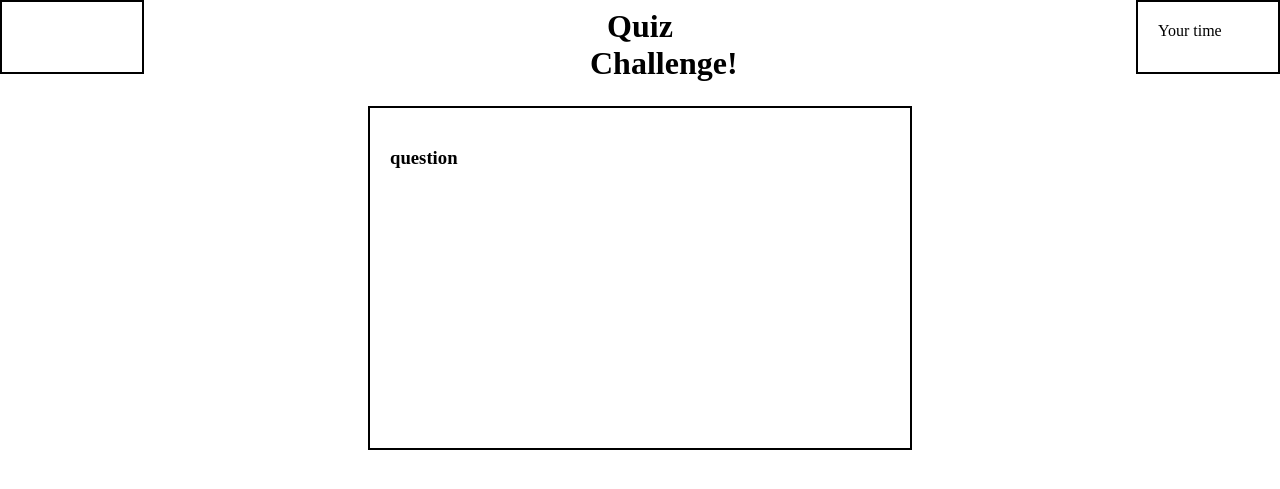
Repository: s88leigh/Quiz-Challenge
Page: index.html
The author's editor kept a copy of each file at every save. The page is drawn from the files as they stood at one save, then again after the next save.
The browser window is 1280 px wide. The pictures show the whole page.

Above is the page before, as saved 2019-10-19 20:14:00.

After the next save:
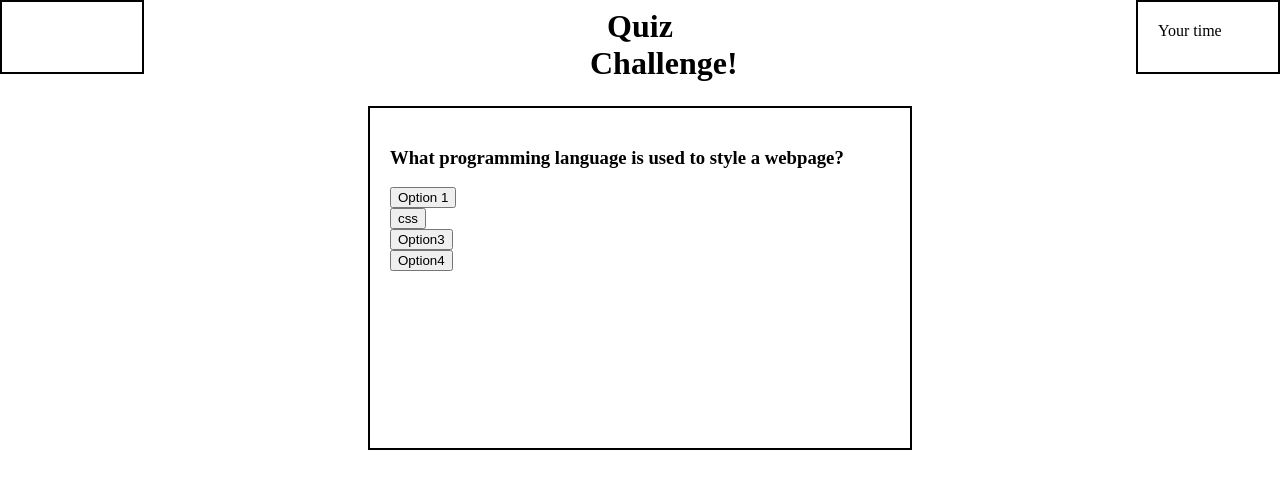
Saved 2 min 13 s later.
--- a/script.js
+++ b/script.js
@@ -95,4 +95,4 @@
     }
 
 }
-// questionText()
+questionText()

After the 3 saves that followed:
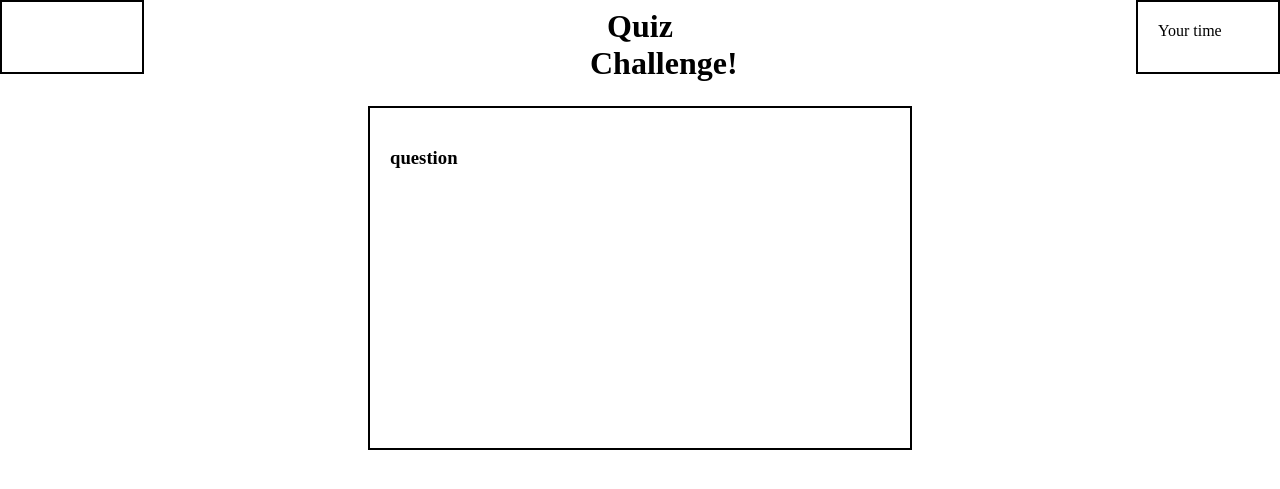
Console error: SyntaxError: Unexpected token '{'
The 3 saves are shown as one change because they came seconds apart.
The last was saved 25 s later.
--- a/script.js
+++ b/script.js
@@ -95,4 +95,6 @@
     }
 
 }
-questionText()
+questionText() {
+    if
+}
